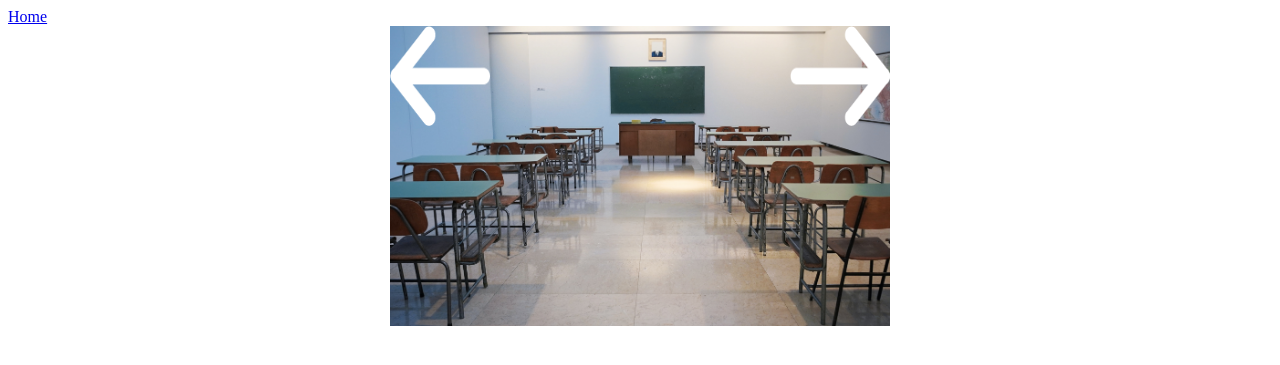
Repository: sierralaurent/Class08-UseEffect
Page: /carouselPage
An editor plug-in stored every save of this project. The page is shown before and after the next save, followed by the edit.
The browser window is 1280 px wide. The pictures show the whole page.
The project was rebuilt for these pictures with package versions that can differ from the ones it lists, and the page was loaded fresh each time. The framework's server and built-in components were replaced by stand-ins that run in the browser. Also part of the build but not shown: next.config.js.

Above is the page before, as saved 2023-02-20 17:03:55.

### pages/carouselPage.js
import Carousel from "@/components/carousel"
import Link from "next/link"

export default function CarouselPage() {
    return(
        <>
        <Link href="/">Home</Link>
        <Carousel/>
        </>
    )
}

### styles/globals.css
:root {
  {
    ;;
    /**Add some root colors to use on all the othe pages**/
  }
}

### components/carousel/index.js
import Image from "next/image"
import { useEffect, useState } from "react"
import styles from '@/components/carousel/carousel.module.css'

export default function Carousel() {
const [img, setImg] = useState(0);

const changeImage = (change) => {
    if(change == "backward") {
        setImg(img - 1);

        if(img == 0) {
            setImg(5);
        }
        console.log(img);
    } else if(change == "forward") {
        setImg(img + 1);
        if(img == 5) {
            setImg(0)
        }
        console.log(img);
    }

}

    return(
        <>
        <div className={styles.carousel}>
        <div style={{
            backgroundImage:"url(/carousel-images/" + img + ".jpg",
            backgroundSize: 'cover',
            backgroundRepeat: "no-repeat",
            width: 500,
            height: 300
        }}>
            <Image className={styles.arrow1}
            src={"/icons/leftArrow.png"}
            alt={"/icons/leftArrow.png"}
            width={100}
            height={100}
            onClick={() => changeImage("backward")}
            />
            <Image className={styles.arrow2}
            src={"/icons/rightArrow.png"}
            alt={"/icons/rightArrow.png"}
            width={100}
            height={100}
            onClick={() => changeImage("forward")}
            />

        </div>
        </div>

        </>
    )
}

### components/carousel/carousel.module.css
/** flex or grid on stylzijg the pages**/

.carousel {
    display: flex;
    justify-content: center;
    align-items: center;
}

.arrow1 {
    float: left;
}

.arrow2 {
    float: right;
}

Loaded but not shown: pages/_app.js (common file); pages/_document.js (common file)

After the next save:
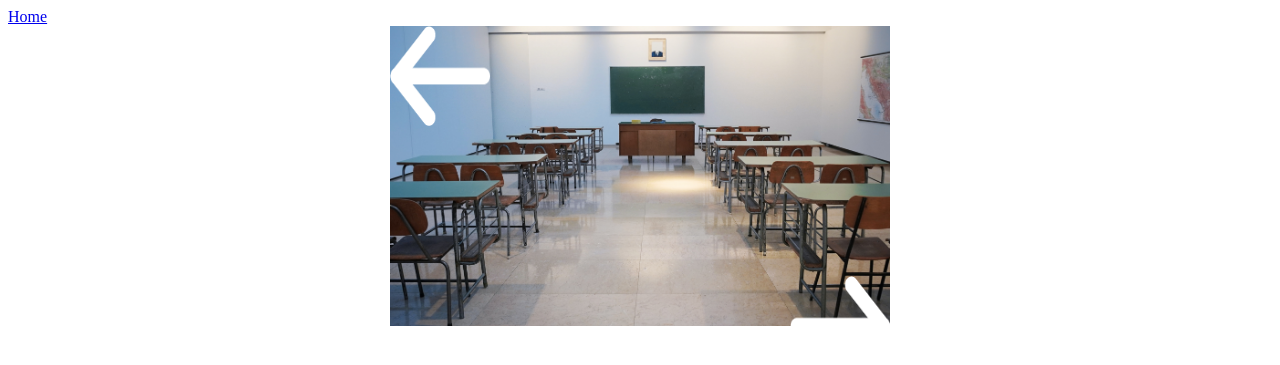
Saved 21 s later.
--- a/components/carousel/carousel.module.css
+++ b/components/carousel/carousel.module.css
@@ -12,4 +12,5 @@
 
 .arrow2 {
     float: right;
+    padding-top: 50%;
 }
